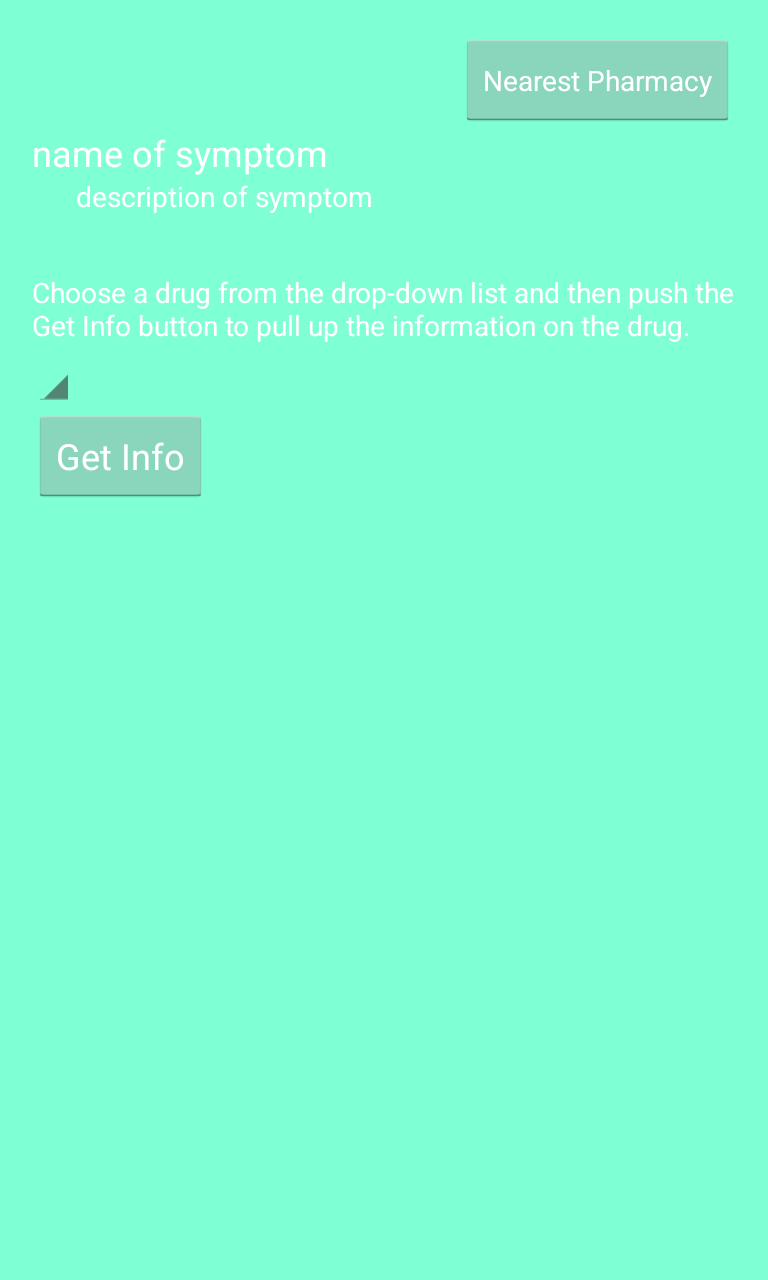
Repository: rosingrr/SympMeds
Layout: app/SympMeds/res/layout/activity_drug_list.xml
The author's editor kept a copy of each file at every save. The layout is drawn from the files as they stood at one save, then again after the next save.
It is drawn on a 768 x 1280 px phone screen (xhdpi) without system bars, with theme AppTheme; the app's code is not run.

Above is the layout before, as saved 2013-08-03 03:24:55.

### app/SympMeds/res/layout/activity_drug_list.xml
<RelativeLayout xmlns:android="http://schemas.android.com/apk/res/android"
    xmlns:tools="http://schemas.android.com/tools"
    android:layout_width="match_parent"
    android:layout_height="match_parent"
    android:background="@color/aqua_marine"
    android:paddingBottom="@dimen/activity_vertical_margin"
    android:paddingLeft="@dimen/activity_horizontal_margin"
    android:paddingRight="@dimen/activity_horizontal_margin"
    android:paddingTop="@dimen/activity_vertical_margin"
    tools:context=".DrugList" >

    <Button
        android:id="@+id/drugListNearest_button"
        style="?android:attr/buttonStyleSmall"
        android:layout_width="wrap_content"
        android:layout_height="wrap_content"
        android:layout_alignParentRight="true"
        android:layout_alignParentTop="true"
        android:text="@string/nearest_pharmacy"
        android:textColor="@color/white" />

    <TextView
        android:id="@+id/sympName_textView"
        android:layout_width="wrap_content"
        android:layout_height="wrap_content"
        android:layout_alignParentLeft="true"
        android:layout_below="@+id/drugListNearest_button"
        android:text="@string/symptom_name"
        android:textAppearance="?android:attr/textAppearanceMedium"
        android:textColor="@color/white"
        android:textSize="@string/19" />

    <TextView
        android:id="@+id/sympDesc_textView"
        android:layout_width="wrap_content"
        android:layout_height="wrap_content"
        android:layout_alignLeft="@+id/sympName_textView"
        android:layout_below="@+id/sympName_textView"
        android:layout_marginLeft="22dp"
        android:text="@string/symptom_description"
        android:textAppearance="?android:attr/textAppearanceSmall"
        android:textColor="@color/white"
        android:textSize="@string/15" />

    <TextView
        android:id="@+id/drugInstr_textView"
        android:layout_width="wrap_content"
        android:layout_height="wrap_content"
        android:layout_alignParentLeft="true"
        android:layout_below="@+id/sympDesc_textView"
        android:layout_marginTop="29dp"
        android:text="@string/drug_instructions"
        android:textColor="@color/white"
        android:textSize="@string/16" />

    <Spinner
        android:id="@+id/drug_spinner"
        android:layout_width="wrap_content"
        android:layout_height="wrap_content"
        android:layout_alignParentLeft="true"
        android:layout_below="@+id/drugInstr_textView" />

    <Button
        android:id="@+id/getInfo_button"
        android:layout_width="wrap_content"
        android:layout_height="wrap_content"
        android:layout_alignParentLeft="true"
        android:layout_below="@+id/drug_spinner"
        android:onClick="getInfo"
        android:text="@string/get_info"
        android:textColor="@color/white" />

</RelativeLayout>

### app/SympMeds/res/values/Colors.xml
<?xml version="1.0" encoding="utf-8"?>
<resources>
    <color name = "white">#ffffffff</color>
    <color name = "aqua_marine">#ff66cccc</color>
</resources>

### app/SympMeds/res/values/colors.xml
<?xml version="1.0" encoding="utf-8"?>
<resources>
    <color name="red">#ffff0000</color>
    <color name="green">#ff00ff00</color>
    <color name="blue">#ff0000ff</color>
    <color name="transparent_red">#ffff0000</color>
    <color name="steel_blue">#ff4682B4</color>
    <color name="crimson">#ffdc143c</color>
    <color name="sea_green">#ff2e8b57</color>
    <color name="aqua_marine">#ff7fffd4</color>
    <color name="white">#ffffffff</color>
    <color name="darker_aqua_marine">#ff3f7f6a</color>
    <color name="color1">#ff66cccc</color>
    <color name="color2">#ff33cccc</color>
    <color name="color3">#ff00cccc</color>
</resources>

### app/SympMeds/res/values/strings.xml
<?xml version="1.0" encoding="utf-8"?>
<resources>

    <string name="app_name">SympMeds</string>
    <string name="action_settings">Settings</string>
    <string name="nearest_pharmacy">Nearest Pharmacy</string>
    <string name="welcome">This app is not meant to be used as a replacement of a doctor. If symptoms become severe and/ or persistent we recommend you see a doctor immediately.</string>
    <string name="start">Get Started</string>

    <string name="title_activity_symptom_list">SymptomList</string>
    <string name="symptom_instructions">To look up over-the-counter medication based on symptom, please choose from the drop down list below. Then click on the "Find" button.</string>
    <string name="search">Find</string>
    <string name="symptoms">Symptoms</string>
    <string name="nearest_instructions">The button below searches for the closest pharmacy location to you. This button may be used at any point after opening the application.</string>
    <string name="Button">Nearest Pharmacy</string>

    <string name="title_activity_drug_list">DrugList</string>
    <string name="symptom_name">name of symptom</string>
    <string name="symptom_description">description of symptom</string>
    <string name="drug_instructions">Choose a drug from the drop-down list and then push the Get Info button to pull up the information on the drug.</string>
    <string name="get_info">Get Info</string>
    <string name="end">/////</string>

    <string name="title_activity_drug_info">DrugInfo</string>
    <string name="drug_name">Medication Name</string>
    <string name="symptoms_label">Uses:</string>
    <string name="side_effects_label">Warnings:</string>
    <string name="directions_label">Directions:</string>
    <string name="unknown">unknown</string>
    <string name="medications">Medications</string>

</resources>

Loaded but not shown: app/SympMeds/res/values/styles.xml (common file); app/SympMeds/res/values-v11/styles.xml (common file); app/SympMeds/res/values-v14/styles.xml (common file); app/SympMeds/res/values/dimens.xml (common file)

After the next save:
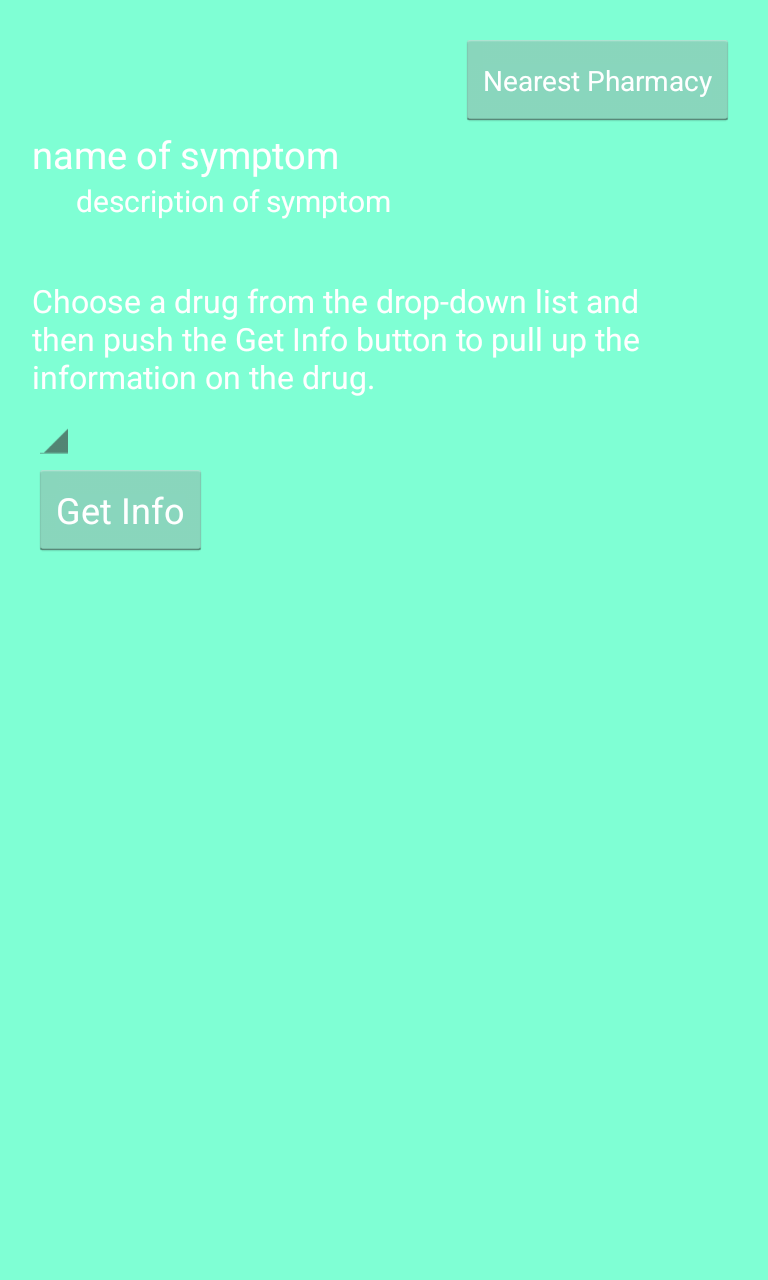
Saved 36 s later.
--- a/app/SympMeds/res/layout/activity_drug_list.xml
+++ b/app/SympMeds/res/layout/activity_drug_list.xml
@@ -28,7 +28,7 @@
         android:text="@string/symptom_name"
         android:textAppearance="?android:attr/textAppearanceMedium"
         android:textColor="@color/white"
-        android:textSize="@string/19" />
+        android:textSize="@dimen/font_19" />
 
     <TextView
         android:id="@+id/sympDesc_textView"
@@ -40,7 +40,7 @@
         android:text="@string/symptom_description"
         android:textAppearance="?android:attr/textAppearanceSmall"
         android:textColor="@color/white"
-        android:textSize="@string/15" />
+        android:textSize="@dimen/font_15" />
 
     <TextView
         android:id="@+id/drugInstr_textView"
@@ -51,7 +51,7 @@
         android:layout_marginTop="29dp"
         android:text="@string/drug_instructions"
         android:textColor="@color/white"
-        android:textSize="@string/16" />
+        android:textSize="@dimen/font_16" />
 
     <Spinner
         android:id="@+id/drug_spinner"
